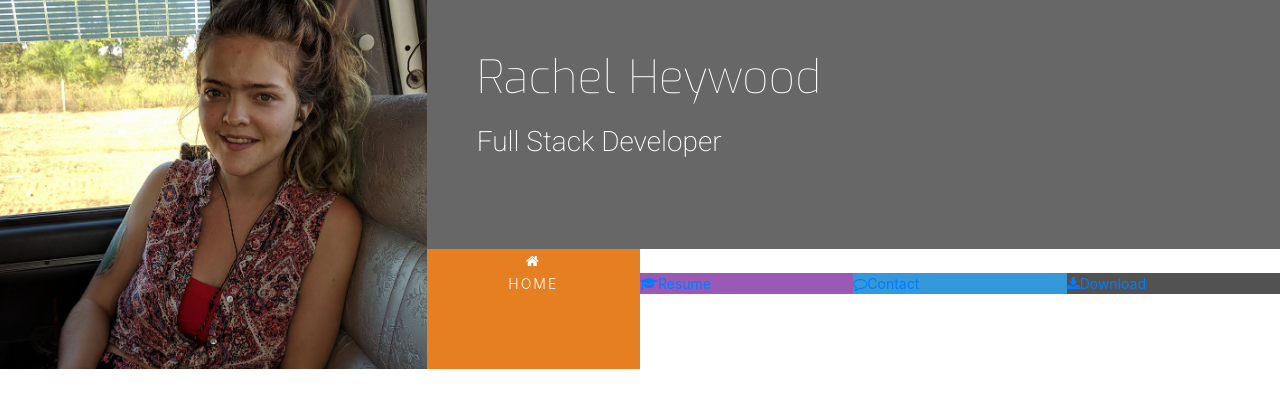
Repository: Heywood93/resume
Page: index.html
The author's editor kept a record of every edit. The page is drawn from the files as they stood at one moment, then again after the next edit.
The browser window is 1280 px wide. The pictures show the whole page.

Above is the page before.

After the next edit:
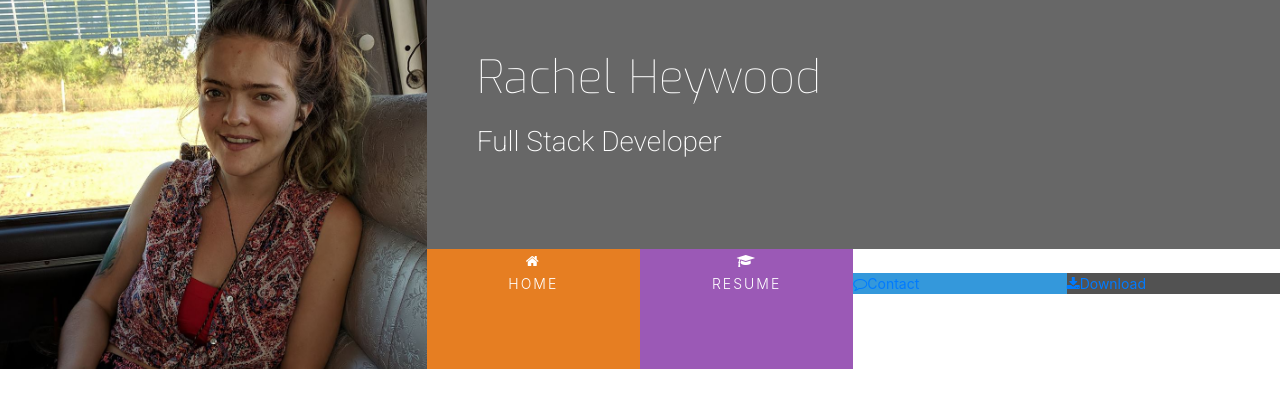
The edit:
--- a/index.html
+++ b/index.html
@@ -28,7 +28,7 @@
                             <li class="col-6 col-sm-3 ui-menu-color-home list-inline-item menuitem">
                                 <a href="#"><span class="fa fa-home" aria-hidden="true"></span><span>Home</span></a>
                             </li>
-                            <li class="col-6 col-sm-3 ui-menu-color-resume list-inline-item">
+                            <li class="col-6 col-sm-3 ui-menu-color-resume list-inline-item menuitem">
                                 <a href="#"><span class="fa fa-graduation-cap" aria-hidden="true"></span><span>Resume</span></a>
                             </li>
                             <li class="col-6 col-sm-3 ui-menu-color-contact list-inline-item">
